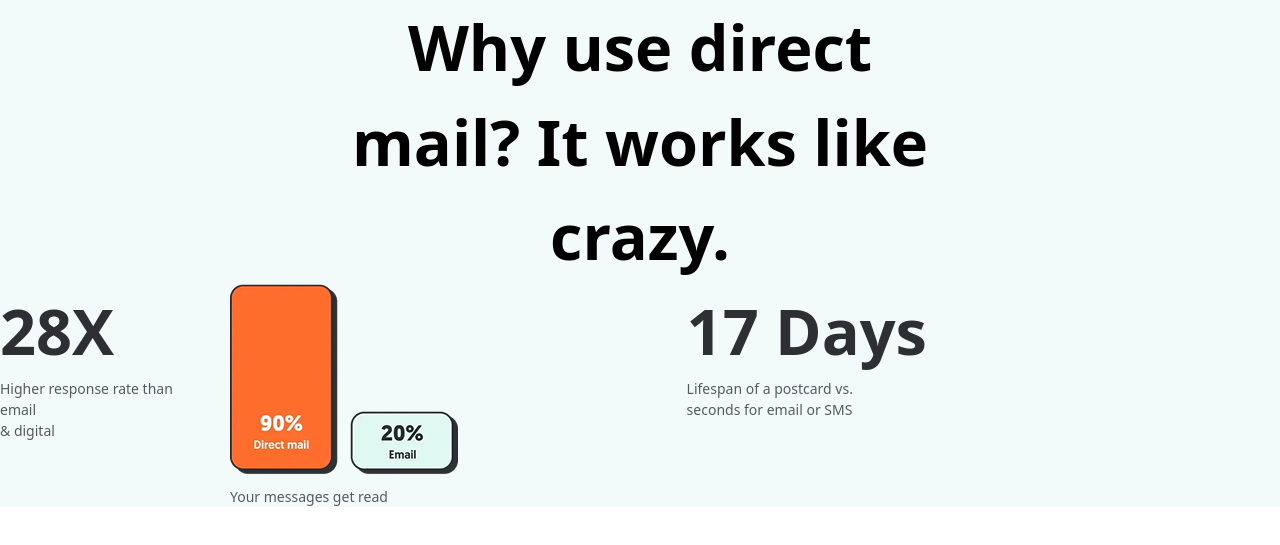
Repository: trusha97/postpilot
Page: mailsende.html
The author's editor kept a copy of each file at every save. The page is drawn from the files as they stood at one save, then again after the next save.
The browser window is 1280 px wide. The pictures show the whole page.
Some web libraries are served in a nearby version.

Above is the page before, as saved 2025-05-21 14:55:44.

### mailsende.html
<!DOCTYPE html>
<html lang="en">

<head>
    <meta charset="UTF-8" />
    <meta name="viewport" content="width=device-width, initial-scale=1.0" />
    <title>mail send</title>
    <!-- Tailwind CSS CDN -->
    <script src="https://cdn.tailwindcss.com"></script>
</head>

<body>
    <div class="bg-[#F3FAFA]">
        <div>
            <p class="text-[63px] max-w-[615px] text-center mx-auto font-bold">Why use direct mail?
                It <span>works</span> like crazy.</p>
        </div>
        <div
            class=" flex gap-[30px] mx-auto">
            <div class="w-[33.33%] max-w-[200px]">
                <h2 class="text-[63px] font-[700] text-[#2E2F35] max-md:text-[50px] max-sm:text-[30px]">28X</h2>
                <p class="text-[14px] font-[500] text-[#58595D]">Higher response rate than email<br>&
                    digital
                </p>
            </div>
            <div class="w-[33.33%]">
                <img src="Assets/images/emailmobile.png">
                <p class="text-[14px] font-[500] text-[#58595D]">Your messages get read</p>
            </div>
            <div class="w-[33.33%]">
                <h2 class="text-[63px] font-[700] text-[#2E2F35] max-md:text-[50px] max-sm:text-[30px]"">17 Days</h2>
                        <p class=" text-[14px] font-[500] text-[#58595D]">Lifespan of a postcard vs.<br>seconds
                    for email
                    or SMS</p>
            </div>
        </div>
    </div>
</body>

</html>

After the next save:
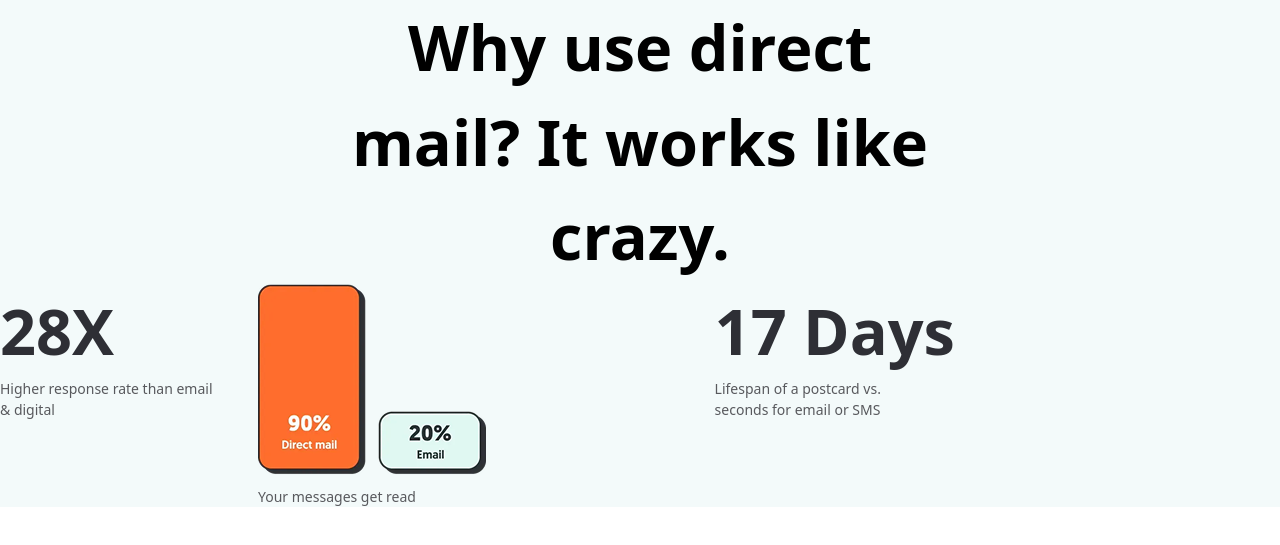
Saved 25 s later.
--- a/mailsende.html
+++ b/mailsende.html
@@ -17,7 +17,7 @@
         </div>
         <div
             class=" flex gap-[30px] mx-auto">
-            <div class="w-[33.33%] max-w-[200px]">
+            <div class="w-[33.33%] max-w-[228px]">
                 <h2 class="text-[63px] font-[700] text-[#2E2F35] max-md:text-[50px] max-sm:text-[30px]">28X</h2>
                 <p class="text-[14px] font-[500] text-[#58595D]">Higher response rate than email<br>&
                     digital
